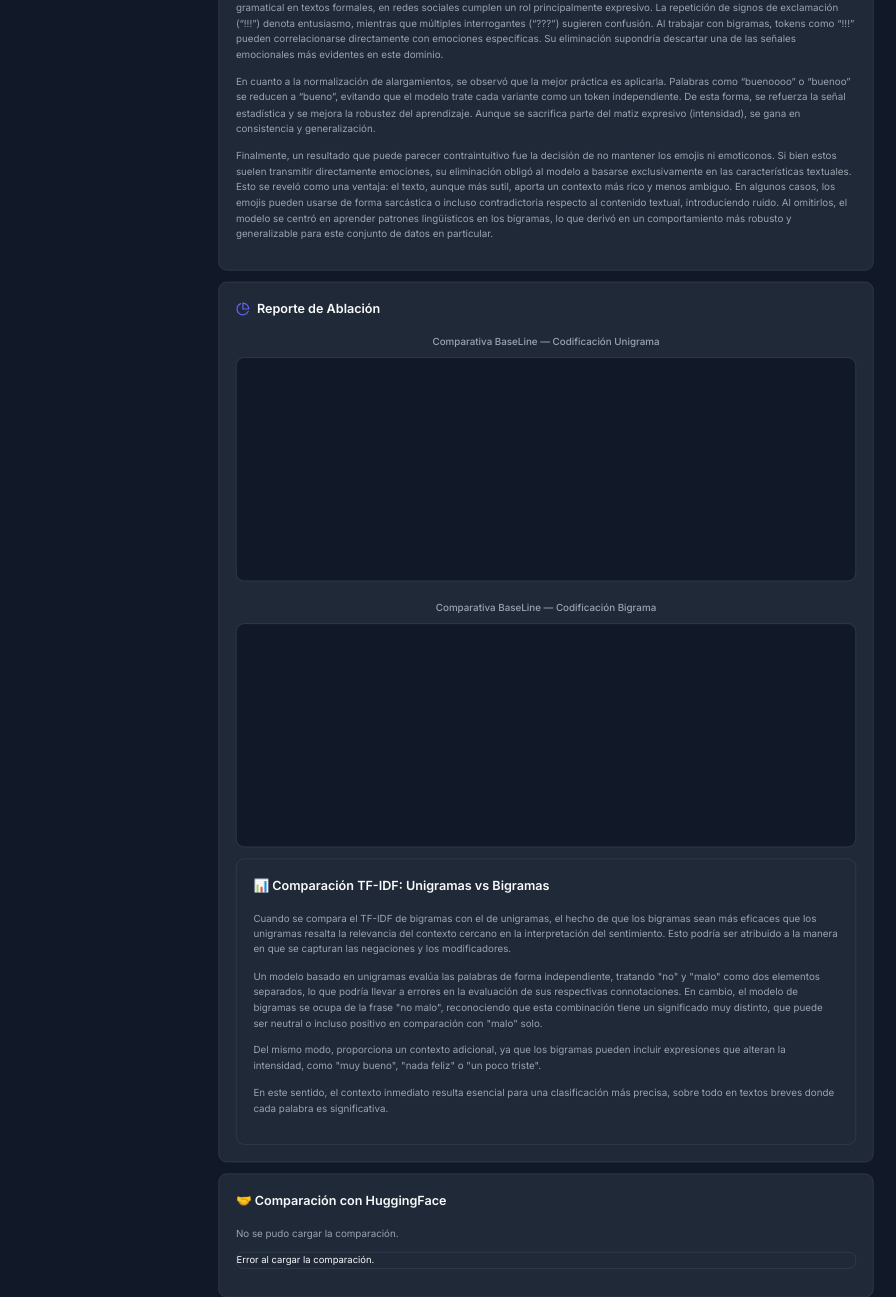
Repository: sergio285/NLP-Sentiment-analysis
Page: pagina/templates/index.html
The author's editor kept a record of every edit. The page is drawn from the files as they stood at one moment, then again after the next edit.
The browser window is 1280 px wide. The pictures show the part of the page from y = 1379 to 3299 px (the page is 3232 px tall before and 3299 px after), at 70% of full size.
A picture or video elsewhere on the page could not be fetched, so the positions and the page height are approximate. The page's requests for data from a server got no answer.

Above is the page before.

### pagina/templates/index.html
<!DOCTYPE html>
<html lang="es">
<head>
    <meta charset="UTF-8" />
    <meta name="viewport" content="width=device-width, initial-scale=1.0" />
    <title>Dashboard Pro | Análisis de Modelo</title>

    <link href="https://fonts.googleapis.com/css2?family=Inter:wght@400;500;600;700;800&display=swap" rel="stylesheet" />
    <link rel="stylesheet" href="/static/css/styles.css" />

    <script src="https://code.jquery.com/jquery-3.6.0.min.js"></script>
    <script src="https://cdn.jsdelivr.net/npm/chart.js"></script>
    <style>
        /* Estilos para el componente desplegable */
        .card-title-toggle {
            cursor: pointer;
            display: flex;
            justify-content: space-between;
            align-items: center;
            width: 100%;
        }
        .card-title-toggle .arrow-icon {
            transition: transform 0.3s ease-in-out;
        }
        .card-title-toggle.active .arrow-icon {
            transform: rotate(180deg);
        }
        /* Eliminar margen inferior del título cuando está cerrado */
        .card-title.card-title-toggle {
            margin-bottom: 0;
        }
        /* Restaurar margen inferior cuando está activo (abierto) */
        .card-title.card-title-toggle.active {
            margin-bottom: 20px;
        }
        .collapsible-content {
            display: none; /* Oculto por defecto */
        }
    </style>
</head>
<body>
    <aside class="sidebar">
        <div class="sidebar-header">
            <svg class="logo-icon" xmlns="http://www.w3.org/2000/svg" width="28" height="28" viewBox="0 0 24 24" fill="none" stroke="currentColor" stroke-width="2" stroke-linecap="round" stroke-linejoin="round"><path d="M12 20V10"/><path d="M18 20V4"/><path d="M6 20V16"/></svg>
            <h2>Dashboard del Modelo</h2>
        </div>
        <div class="sidebar-info">
            <div class="info-item">
                <span class="info-label">Tracking URI</span>
                <span id="infoTracking" class="info-value">Cargando...</span>
            </div>
            <div class="info-item">
                <span class="info-label">Run ID</span>
                <span id="infoRunId" class="info-value">Cargando...</span>
            </div>
        </div>
    </aside>

    <main class="main-content">
            <div class="grid-col">
                <!-- SECCIÓN DE INFERENCIA DESPLEGABLE -->
                <div class="card">
                    <div class="card-title card-title-toggle">
                        <div style="display: flex; align-items: center; gap: 10px;">
                            <svg xmlns="http://www.w3.org/2000/svg" width="20" height="20" viewBox="0 0 24 24" fill="none" stroke="currentColor" stroke-width="2" stroke-linecap="round" stroke-linejoin="round"><line x1="12" x2="12" y1="2" y2="22"></line><path d="M17 5H9.5a3.5 3.5 0 0 0 0 7h5a3.5 3.5 0 0 1 0 7H6"></path></svg>
                            <span>Inferencia en Tiempo Real</span>
                        </div>
                        <svg class="arrow-icon" xmlns="http://www.w3.org/2000/svg" width="24" height="24" viewBox="0 0 24 24" fill="none" stroke="currentColor" stroke-width="2" stroke-linecap="round" stroke-linejoin="round"><polyline points="6 9 12 15 18 9"></polyline></svg>
                    </div>
                    <div class="collapsible-content">
                        <p class="card-subtitle">Prueba el modelo con nuevos textos en ingles (uno por línea).</p>
                        <textarea id="txtInputs" class="predict-textarea" rows="8" placeholder="this is a great movie!&#10;i really disliked the acting..."></textarea>
                        <div class="predict-actions">
                            <button id="btnPredict" class="btn">🚀 Predecir Sentimiento</button>
                            <span id="predictStatus" class="status">Listo</span>
                        </div>
                        <div id="predictOutput" class="results-container"></div>
                    </div>
                </div>

                <div class="card">
                    <h2 class="card-title">
                        <svg xmlns="http://www.w3.org/2000/svg" width="20" height="20" viewBox="0 0 24 24" fill="none" stroke="currentColor" stroke-width="2" stroke-linecap="round" stroke-linejoin="round"><path d="M14.7 6.3a1 1 0 0 0 0 1.4l1.6 1.6a1 1 0 0 0 1.4 0l3.77-3.77a6 6 0 0 1-7.94 7.94l-6.91 6.91a2.12 2.12 0 0 1-3-3l6.91-6.91a6 6 0 0 1 7.94-7.94l-3.76 3.76z"></path></svg>
                        Métricas Clave - Modelo LightGBM
                    </h2>
                    <div id="metrics-container" class="metrics-grid"></div>
                </div>

                <div class="card">
                    <h2 class="card-title">
                        <svg xmlns="http://www.w3.org/2000/svg" width="20" height="20" viewBox="0 0 24 24" fill="none" stroke="currentColor" stroke-width="2" stroke-linecap="round" stroke-linejoin="round"><path d="M12.22 2h-4.44a2 2 0 0 0-2 2v16a2 2 0 0 0 2 2h8.88a2 2 0 0 0 2-2v-8.44Z"></path><path d="M18 2h-3v7h7V5Z"></path></svg>
                        Parámetros del Modelo
                    </h2>
                    <div class="table-container">
                        <table id="params-table">
                            <thead>
                                <tr>
                                    <th>Parámetro</th>
                                    <th>Valor</th>
                                </tr>
                            </thead>
                            <tbody></tbody>
                        </table>
                    </div>
                </div>

                <div class="card">
                    <h2 class="card-title">
                        <svg xmlns="http://www.w3.org/2000/svg" width="20" height="20" viewBox="0 0 24 24" fill="none" stroke="currentColor" stroke-width="2" stroke-linecap="round" stroke-linejoin="round"><rect x="3" y="3" width="18" height="18" rx="2" ry="2"></rect><line x1="3" y1="9" x2="21" y2="9"></line><line x1="9" y1="21" x2="9" y2="9"></line></svg>
                        Comportamiento visual del modelo
                    </h2>
                    <div class="model-visuals">
                        <div>
                            <h3 class="chart-title">Matriz de Confusión</h3>
                            <p class="card-subtitle">Rendimiento del modelo en el conjunto de prueba.</p>
                            <img src="/confusion-matrix" alt="Matriz de Confusión" width="400" height="auto"/>
                        </div>
                    </div>
                </div>
               <div class="card" id="other-models-card">
                      <div class="card-title card-title-toggle">
                        <div style="display:flex;align-items:center;gap:10px;">
                          <svg xmlns="http://www.w3.org/2000/svg" width="20" height="20"
                               viewBox="0 0 24 24" fill="none" stroke="currentColor"
                               stroke-width="2" stroke-linecap="round" stroke-linejoin="round">
                            <path d="M20 6L9 17l-5-5"></path>
                          </svg>
                          <span>Otros modelos usados</span>
                        </div>
                        <svg class="arrow-icon" xmlns="http://www.w3.org/2000/svg" width="24" height="24"
                             viewBox="0 0 24 24" fill="none" stroke="currentColor" stroke-width="2"
                             stroke-linecap="round" stroke-linejoin="round">
                          <polyline points="6 9 12 15 18 9"></polyline>
                        </svg>
                      </div>

                      <div class="collapsible-content">
                        <!-- Contenido dinámico generado por JS (métricas/params), p.ej. LogisticRegression -->
                        <div id="other-models" class="grid-col" style="gap:20px;">
                          <!-- Se llena por JS -->
                        </div>

                        <!-- ===== Figuras estáticas — LogisticRegression (modeloFinal) ===== -->
                        <div class="card" style="margin-top:20px;">
                          <h3 class="card-title">Comportamiento visual del modelo - Regresion Logistica</h3>
                          <div class="model-visuals" style="display:grid;grid-template-columns:repeat(auto-fit,minmax(320px,1fr));gap:16px;">
                            <div>
                              <h4 class="chart-title">Matriz de Confusión (conteos)</h4>
                              <p class="card-subtitle">Rendimiento del modelo en el conjunto de prueba.</p>
                              <img src="/static/images/confusion_matrix_counts.png"
                                   alt="Matriz de Confusión - LogisticRegression"
                                   width="420" height="auto"
                                   style="max-width:100%;border-radius:10px;border:1px solid #374151;"/>
                            </div>
                            <div>
                              <h4 class="chart-title">Curva Precisión–Recall</h4>
                              <p class="card-subtitle">Relación entre cobertura y precisión del clasificador.</p>
                              <img src="/static/images/precision_recall_curve.png"
                                   alt="Curva Precisión–Recall - LogisticRegression"
                                   width="420" height="auto"
                                   style="max-width:100%;border-radius:10px;border:1px solid #374151;"/>
                            </div>
                          </div>
                        </div>
                        <!-- ===== /Figuras estáticas — LogisticRegression ===== -->

                        <!-- ===== Figuras estáticas — Keras-MLP TFIDF+SVD ===== -->
                        <div class="card" style="margin-top:20px;">
                          <h3 class="card-title">Comportamiento visual del modelo - Red Neuronal</h3>
                          <p class="card-subtitle">
                            Keras MLP sobre TF-IDF bigrama + TruncatedSVD. Evaluación en TEST (matrices de confusión).
                          </p>
                          <div class="model-visuals" style="display:grid;grid-template-columns:repeat(auto-fit,minmax(320px,1fr));gap:16px;">
                            <div>
                              <h4 class="chart-title">Matriz de Confusión (conteos)</h4>
                              <img src="/static/images/confusion_matrix_counts_test.png"
                                   alt="Matriz de Confusión (conteos) — Keras-MLP TFIDF+SVD"
                                   width="420" height="auto"
                                   style="max-width:100%;border-radius:10px;border:1px solid #374151;"/>
                            </div>
                            <div>
                              <h4 class="chart-title">Matriz de Confusión (normalizada)</h4>
                              <img src="/static/images/confusion_matrix_normalized_test.png"
                                   alt="Matriz de Confusión (normalizada) — Keras-MLP TFIDF+SVD"
                                   width="420" height="auto"
                                   style="max-width:100%;border-radius:10px;border:1px solid #374151;"/>
                            </div>
                          </div>
                        </div>
                        <!-- ===== /Figuras estáticas — Keras-MLP TFIDF+SVD ===== -->
                      </div>
                    </div>
                <div class="card full-width-card">
                    <h2 class="card-title">📝 Estrategia de Preprocesamiento</h2>
                    <p class="card-subtitle">
                        En cuanto a la lematización, los experimentos mostraron un mejor rendimiento al no aplicarla. Aunque este proceso reduce las palabras a su raíz léxica (por ejemplo, “corriendo” → “correr”), lo cual suele ser útil en textos formales, en el contexto de Twitter resultó contraproducente. La razón principal es la pérdida de intensidad emocional: formas conjugadas o grados de adjetivos aportan una carga semántica adicional (“odiando” expresa más intensidad que “odiar”). Al lematizar, dicha diferencia se elimina, homogeneizando términos que en realidad transmiten matices distintos dentro de un tweet.
                    </p>
                    <p class="card-subtitle">
                        En relación con las stopwords, se comprobó que es preferible no eliminarlas. Aunque en la práctica convencional suelen considerarse ruido por su bajo valor semántico, en textos breves y bajo un enfoque de bigramas, estas palabras aportan un contexto estructural valioso. Secuencias como “harto de” o “feliz por” dependen directamente de la presencia de stopwords. Eliminarlas rompería estos patrones, reduciendo la capacidad del modelo para capturar relaciones sutiles pero relevantes.
                    </p>
                    <p class="card-subtitle">
                        Respecto a la puntuación y símbolos, los resultados mostraron que deben conservarse. A diferencia de su función puramente gramatical en textos formales, en redes sociales cumplen un rol principalmente expresivo. La repetición de signos de exclamación (“!!!”) denota entusiasmo, mientras que múltiples interrogantes (“???”) sugieren confusión. Al trabajar con bigramas, tokens como “!!!” pueden correlacionarse directamente con emociones específicas. Su eliminación supondría descartar una de las señales emocionales más evidentes en este dominio.
                    </p>
                    <p class="card-subtitle">
                        En cuanto a la normalización de alargamientos, se observó que la mejor práctica es aplicarla. Palabras como “buenoooo” o “buenoo” se reducen a “bueno”, evitando que el modelo trate cada variante como un token independiente. De esta forma, se refuerza la señal estadística y se mejora la robustez del aprendizaje. Aunque se sacrifica parte del matiz expresivo (intensidad), se gana en consistencia y generalización.
                    </p>
                    <p class="card-subtitle">
                        Finalmente, un resultado que puede parecer contraintuitivo fue la decisión de no mantener los emojis ni emoticonos. Si bien estos suelen transmitir directamente emociones, su eliminación obligó al modelo a basarse exclusivamente en las características textuales. Esto se reveló como una ventaja: el texto, aunque más sutil, aporta un contexto más rico y menos ambiguo. En algunos casos, los emojis pueden usarse de forma sarcástica o incluso contradictoria respecto al contenido textual, introduciendo ruido. Al omitirlos, el modelo se centró en aprender patrones lingüísticos en los bigramas, lo que derivó en un comportamiento más robusto y generalizable para este conjunto de datos en particular.
                    </p>
                </div>
            </div>

        <div class="card full-width-card">
            <h2 class="card-title">
                <svg xmlns="http://www.w3.org/2000/svg" width="20" height="20" viewBox="0 0 24 24" fill="none" stroke="currentColor" stroke-width="2" stroke-linecap="round" stroke-linejoin="round"><path d="M21.21 15.89A10 10 0 1 1 8 2.83"></path><path d="M22 12A10 10 0 0 0 12 2v10z"></path></svg>
                Reporte de Ablación
            </h2>
            <div>
                  <h3 class="chart-title">Comparativa BaseLine — Codificación Unigrama</h3>
                  <div class="chart-container">
                    <canvas id="ablationChartUnigram"></canvas>
                  </div>
                </div>

                <div>
                    <br>
                  <h3 class="chart-title">Comparativa BaseLine — Codificación Bigrama</h3>
                  <div class="chart-container">
                    <canvas id="ablationChartBigram"></canvas>
                  </div>
            </div>
            <div class="card full-width-card">
                <h2 class="card-title">📊 Comparación TF-IDF: Unigramas vs Bigramas</h2>
                <p class="card-subtitle">
                    Cuando se compara el TF-IDF de bigramas con el de unigramas, el hecho de que los bigramas sean más eficaces que los unigramas resalta la relevancia del contexto cercano en la interpretación del sentimiento.
                    Esto podría ser atribuido a la manera en que se capturan las negaciones y los modificadores.
                </p>
                <p class="card-subtitle">
                    Un modelo basado en unigramas evalúa las palabras de forma independiente, tratando "no" y "malo" como dos elementos separados, lo que podría llevar a errores en la evaluación de sus respectivas connotaciones.
                    En cambio, el modelo de bigramas se ocupa de la frase "no malo", reconociendo que esta combinación tiene un significado muy distinto, que puede ser neutral o incluso positivo en comparación con "malo" solo.
                </p>
                <p class="card-subtitle">
                    Del mismo modo, proporciona un contexto adicional, ya que los bigramas pueden incluir expresiones que alteran la intensidad, como "muy bueno", "nada feliz" o "un poco triste".
                </p>
                <p class="card-subtitle">
                    En este sentido, el contexto inmediato resulta esencial para una clasificación más precisa, sobre todo en textos breves donde cada palabra es significativa.
                </p>
            </div>

        </div>

        <div class="card full-width-card">
            <h2 class="card-title">🤝 Comparación con HuggingFace</h2>
            <p id="comparisonSummary" class="card-subtitle">—</p>
            <div class="results-container table-container">
                <table id="comparisonTable">
                    <thead>
                        <tr>
                            <th>Métrica</th>
                            <th>Random Forest</th>
                            <th>HuggingFace</th>
                            <th>Diferencia</th>
                        </tr>
                    </thead>
                    <tbody></tbody>
                </table>
            </div>
            <p id="comparisonTextBottom" class="card-subtitle">—</p>
        </div>
    </main>

    <script src="/static/js/app.js"></script>
</body>
</html>

Loaded but not shown: pagina/static/js/app.js (628 lines, source omitted); pagina/static/css/styles.css (383 lines, source omitted)

After the next edit:
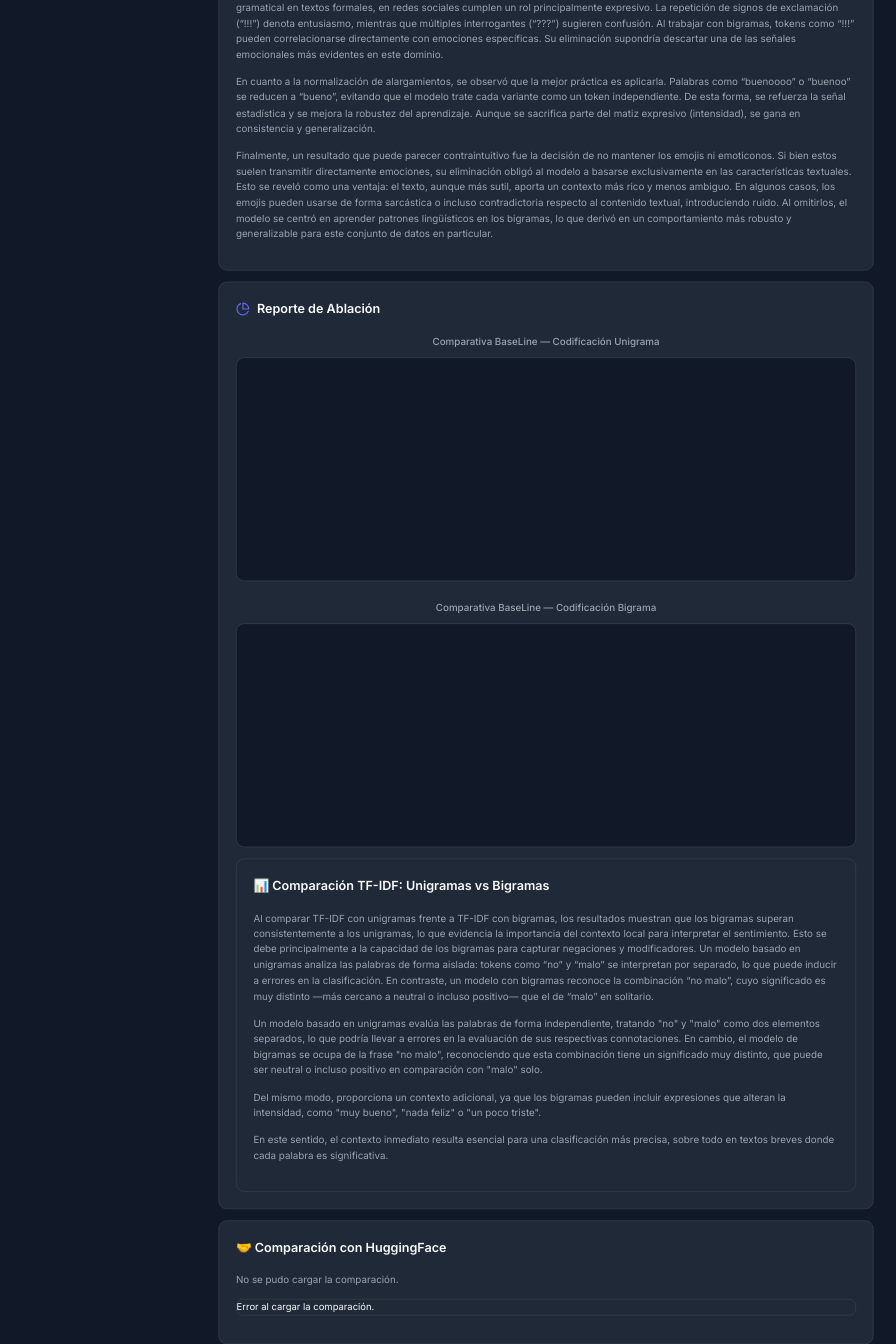
The edit:
--- a/pagina/templates/index.html
+++ b/pagina/templates/index.html
@@ -232,8 +232,8 @@
             <div class="card full-width-card">
                 <h2 class="card-title">📊 Comparación TF-IDF: Unigramas vs Bigramas</h2>
                 <p class="card-subtitle">
-                    Cuando se compara el TF-IDF de bigramas con el de unigramas, el hecho de que los bigramas sean más eficaces que los unigramas resalta la relevancia del contexto cercano en la interpretación del sentimiento.
-                    Esto podría ser atribuido a la manera en que se capturan las negaciones y los modificadores.
+                    Al comparar TF-IDF con unigramas frente a TF-IDF con bigramas, los resultados muestran que los bigramas superan consistentemente a los unigramas, lo que evidencia la importancia del contexto local para interpretar el sentimiento.
+                    Esto se debe principalmente a la capacidad de los bigramas para capturar negaciones y modificadores. Un modelo basado en unigramas analiza las palabras de forma aislada: tokens como “no” y “malo” se interpretan por separado, lo que puede inducir a errores en la clasificación. En contraste, un modelo con bigramas reconoce la combinación “no malo”, cuyo significado es muy distinto —más cercano a neutral o incluso positivo— que el de “malo” en solitario.
                 </p>
                 <p class="card-subtitle">
                     Un modelo basado en unigramas evalúa las palabras de forma independiente, tratando "no" y "malo" como dos elementos separados, lo que podría llevar a errores en la evaluación de sus respectivas connotaciones.
